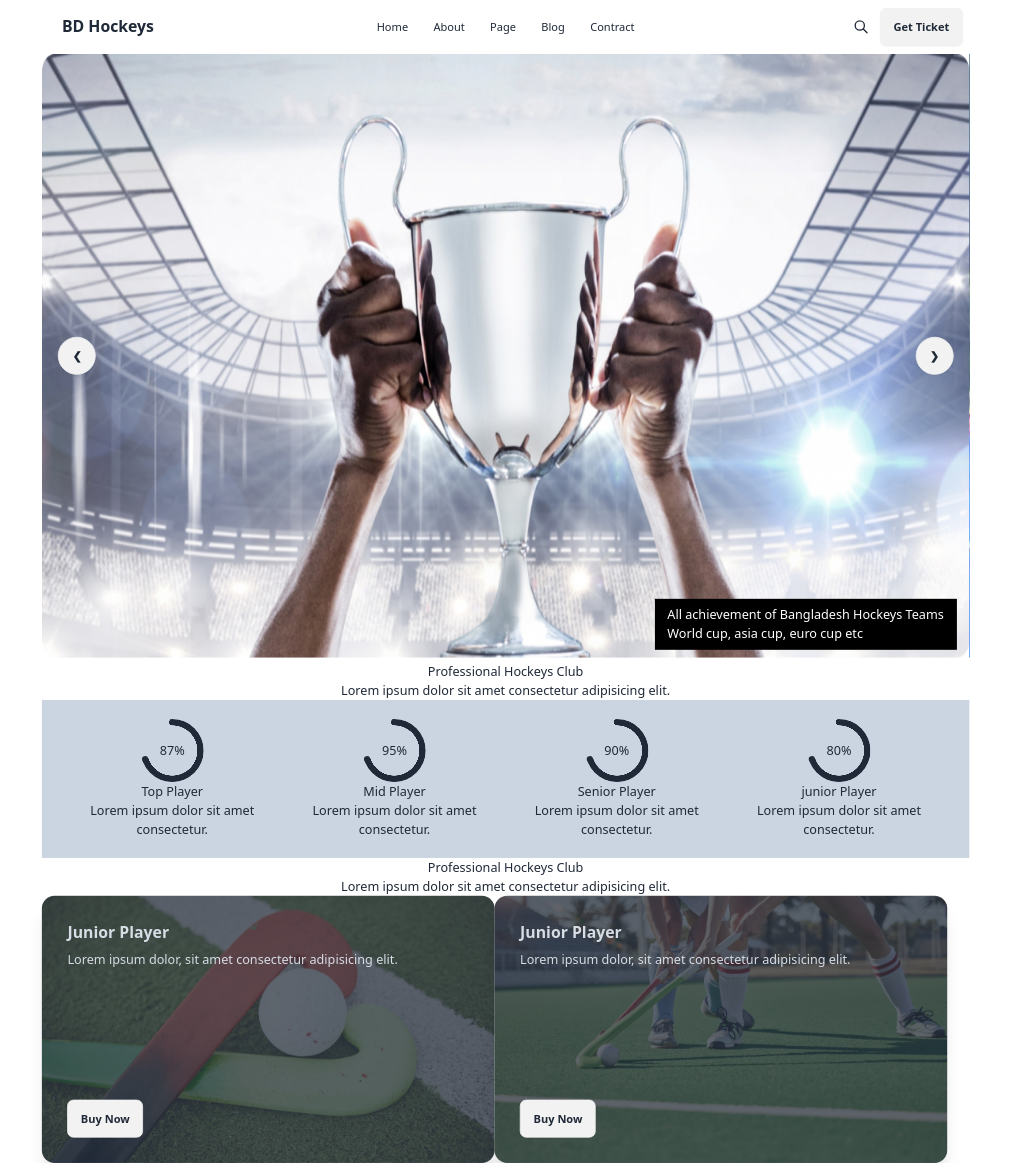
Repository: sumonkumarsarkar/bd-hockeys-team
Page: index.html
An editor plug-in stored every save of this project. The page is shown before and after the next save, followed by the edit.
The browser window is 1280 px wide. The pictures show the whole page, at 79% of full size.
Some web libraries are served in a nearby version.

Above is the page before, as saved 2024-01-23 15:44:29.

### index.html
<!DOCTYPE html>
<html lang="en">
<head>
    <meta charset="UTF-8">
    <meta name="viewport" content="width=device-width, initial-scale=1.0">
    <title>BD Hockeys Team</title>

    <link href="https://cdn.jsdelivr.net/npm/daisyui@4.6.0/dist/full.min.css" rel="stylesheet" type="text/css" />
    <script src="https://cdn.tailwindcss.com"></script>

</head>
<body>
    <!-- header part start  -->
    <header class="w-11/12 mx-auto">
        <nav>
            <div class="navbar bg-base-100">
                <div class="navbar-start">
                  <div class="dropdown">
                    <div tabindex="0" role="button" class="btn btn-ghost lg:hidden">
                      <svg xmlns="http://www.w3.org/2000/svg" class="h-5 w-5" fill="none" viewBox="0 0 24 24" stroke="currentColor"><path stroke-linecap="round" stroke-linejoin="round" stroke-width="2" d="M4 6h16M4 12h8m-8 6h16" /></svg>
                    </div>
                    <ul tabindex="0" class="menu menu-sm dropdown-content mt-3 z-[1] p-2 shadow bg-base-100 rounded-box w-52">
                      <li><a>Home</a></li>
                      <li><a>About</a></li>
                      <li><a>Page</a></li>
                      <li><a>Blog</a></li>
                      <li><a>Contract</a></li>
                    </ul>
                  </div>
                  <a class="btn btn-ghost text-xl">BD Hockeys</a>
                </div>
                <div class="navbar-center hidden lg:flex">
                  <ul class="menu menu-horizontal px-1">
                    <li><a>Home</a></li>
                      <li><a>About</a></li>
                      <li><a>Page</a></li>
                      <li><a>Blog</a></li>
                      <li><a>Contract</a></li>
                  </ul>
                </div>
                <div class="navbar-end">
                    <div type="search" class="btn btn-ghost btn-circle">
                        <svg xmlns="http://www.w3.org/2000/svg" class="h-5 w-5" fill="none" viewBox="0 0 24 24" stroke="currentColor"><path stroke-linecap="round" stroke-linejoin="round" stroke-width="2" d="M21 21l-6-6m2-5a7 7 0 11-14 0 7 7 0 0114 0z" /></svg>
                      </div>
                  <a class="btn">Get Ticket</a>
                </div>
              </div>
        </nav>



      <!-- banner part start  -->

   <div class=" lg:relative">
    <div>
        <div class="carousel w-full">
            <div id="slide1" class="carousel-item relative w-full">
              <img src="./Images/1.png" class="w-full" alt="bd-hockey" />
              <div class="absolute flex justify-between transform -translate-y-1/2 left-5 right-5 top-1/2">
                <a href="#slide4" class="btn btn-circle">❮</a>
                <a href="#slide2" class="btn btn-circle">❯</a>
              </div>
            </div>
            <div id="slide2" class="carousel-item relative w-full">
              <img src="./Images/banner1.jpeg" class="w-full" alt="bd-hockey" />
              <div class="absolute flex justify-between transform -translate-y-1/2 left-5 right-5 top-1/2">
                <a href="#slide1" class="btn btn-circle">❮</a>
                <a href="#slide3" class="btn btn-circle">❯</a>
              </div>
            </div>
            <div id="slide3" class="carousel-item relative w-full">
              <img src="./Images/banner3.jpg" class="w-full" alt="bd-hockey" />
              <div class="absolute flex justify-between transform -translate-y-1/2 left-5 right-5 top-1/2">
                <a href="#slide2" class="btn btn-circle">❮</a>
                <a href="#slide4" class="btn btn-circle">❯</a>
              </div>
            </div>
            <div id="slide4" class="carousel-item relative w-full">
              <img src="./Images/banner2.jpg" class="w-full" alt="bd-hockey"/>
              <div class="absolute flex justify-between transform -translate-y-1/2 left-5 right-5 top-1/2">
                <a href="#slide3" class="btn btn-circle">❮</a>
                <a href="#slide1" class="btn btn-circle">❯</a>
              </div>
            </div>
          </div>
    </div>
    <div class="lg:absolute bottom-4 right-4">
        <div class="px-4 py-2 bg-black text-white">
            <h2>All achievement of Bangladesh Hockeys Teams</h2>
             <p>World cup, asia cup, euro cup etc</p>
        </div>
    </div>

   </div>

      <!-- banner part end  -->
    </header>
    <!-- header part end  -->




    <!-- main part start  -->
    <main class="w-11/12 mx-auto">
  <section>

       <div class="text-center">
        <h2>Professional Hockeys Club</h2>
        <p>Lorem ipsum dolor sit amet consectetur adipisicing elit.</p>
       </div>

       <!-- card  -->

       <div class="flex flex-col lg:flex-row lg:justify-between bg-slate-300 lg:p-6 ">
        <div class="text-center">
         <div class="radial-progress" style="--value:70;" role="progressbar">87%</div>
         <h3>Top Player</h3>
         <p>Lorem ipsum dolor sit amet consectetur.</p>
        </div>
        <div class="text-center">
            <div class="radial-progress" style="--value:70;" role="progressbar">95%</div>
            <h3>Mid Player</h3>
            <p>Lorem ipsum dolor sit amet consectetur.</p>
        </div>
        <div class="text-center">
            <div class="radial-progress" style="--value:70;" role="progressbar">90%</div>
            <h3>Senior Player</h3>
            <p>Lorem ipsum dolor sit amet consectetur.</p>
        </div>
        <div class="text-center">
            <div class="radial-progress" style="--value:70;" role="progressbar">80%</div>
            <h3>junior Player</h3>
            <p>Lorem ipsum dolor sit amet consectetur.</p>
        </div>
       </div>
  </section>
   <!-- banner section start  -->
   <!-- text part  -->
   <div class="text-center">
    <h2>Professional Hockeys Club</h2>
    <p>Lorem ipsum dolor sit amet consectetur adipisicing elit.</p>
   </div>

 <!-- banner part  -->
<div class="flex ">
    <div class="card shadow-xl image-full">
        <figure><img src="./Images/2.png" alt="player"/></figure>
        <div class="card-body">
          <h2 class="card-title">Junior Player</h2>
          <p>Lorem ipsum dolor, sit amet consectetur adipisicing elit.</p>
          <div class="card-actions justify-start">
            <button class="btn btn-danger">Buy Now</button>
          </div>
        </div>
      </div>
    <div class="card shadow-xl image-full">
        <figure><img src="./Images/3.png" alt="player" /></figure>
        <div class="card-body">
          <h2 class="card-title">Junior Player</h2>
          <p>Lorem ipsum dolor, sit amet consectetur adipisicing elit.</p>
          <div class="card-actions justify-start">
            <button class="btn btn-danger">Buy Now</button>
          </div>
        </div>
      </div>


</div>



   <section>



   </section>


   <!-- banner section end  -->

    </main>
        <!-- main part end  -->

<!-- footer part start  -->
        <footer>

        </footer>
        <!-- footer part start  -->
</body>
</html>

After the next save:
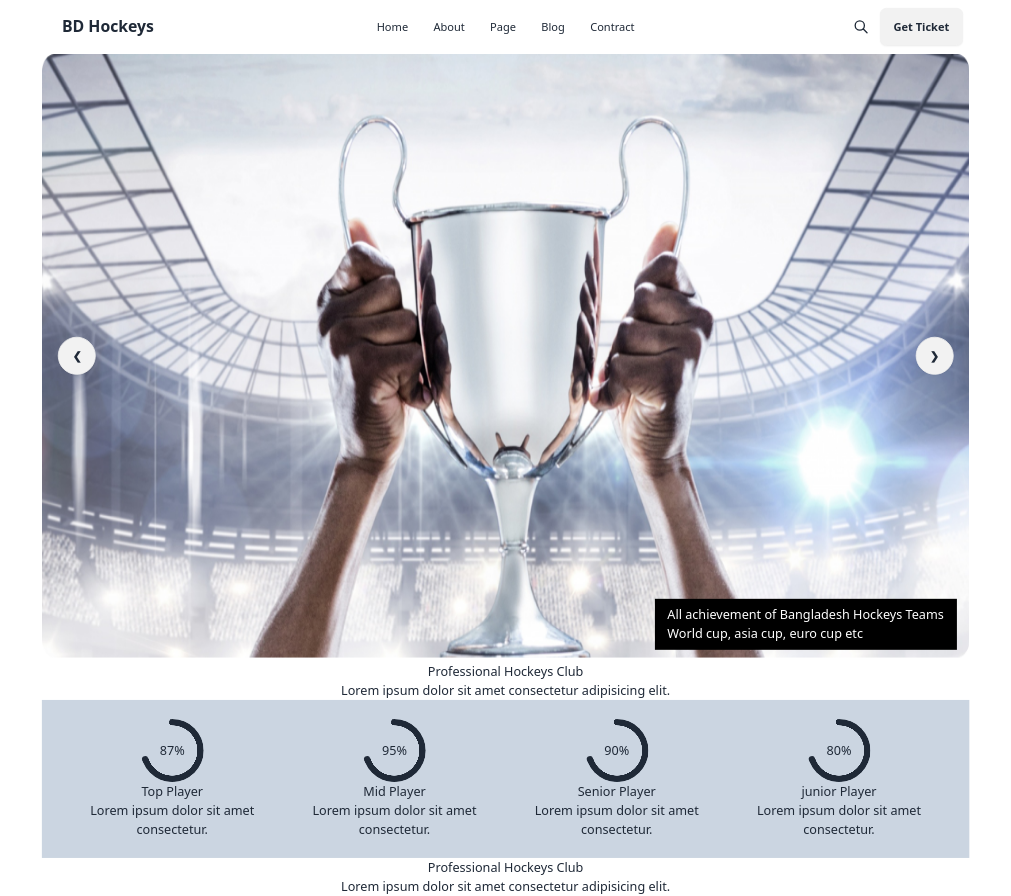
Saved 2 min 46 s later.
--- a/index.html
+++ b/index.html
@@ -142,28 +142,14 @@
    </div>
 
  <!-- banner part  -->
-<div class="flex ">
-    <div class="card shadow-xl image-full">
-        <figure><img src="./Images/2.png" alt="player"/></figure>
-        <div class="card-body">
-          <h2 class="card-title">Junior Player</h2>
-          <p>Lorem ipsum dolor, sit amet consectetur adipisicing elit.</p>
-          <div class="card-actions justify-start">
-            <button class="btn btn-danger">Buy Now</button>
-          </div>
+<div class="flex">
+
+    <div class="card w-96 bg-primary text-primary-content">
+        <div class="bg-[url('./Images/banner2.jpg') ]">
+
         </div>
+
       </div>
-    <div class="card shadow-xl image-full">
-        <figure><img src="./Images/3.png" alt="player" /></figure>
-        <div class="card-body">
-          <h2 class="card-title">Junior Player</h2>
-          <p>Lorem ipsum dolor, sit amet consectetur adipisicing elit.</p>
-          <div class="card-actions justify-start">
-            <button class="btn btn-danger">Buy Now</button>
-          </div>
-        </div>
-      </div>
-
 
 </div>
 
